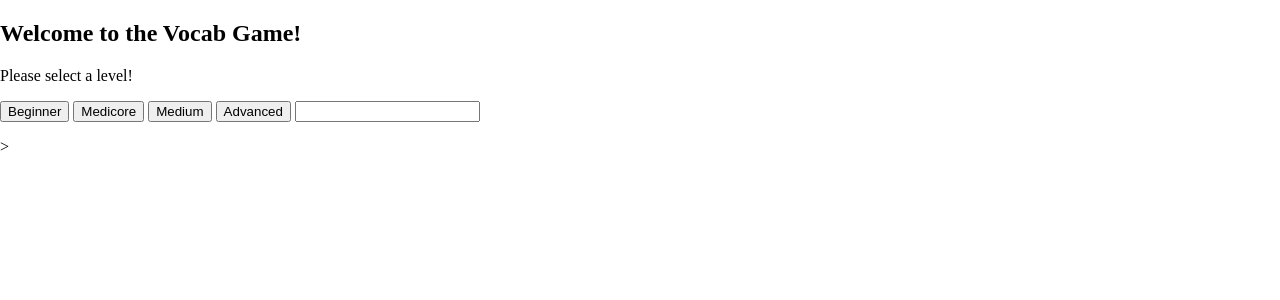
Repository: chimeconfused999/Vocab-Game
Page: index.html
An editor plug-in stored every save of this project. The page is shown before and after the next save, followed by the edit.
The browser window is 1280 px wide. The pictures show the whole page.

Above is the page before, as saved 2022-07-09 18:16:38.
Console error: SyntaxError: Cannot use import statement outside a module

### index.html
<!DOCTYPE html>
<html>
<body>
  <meta name="viewport" content="width=device-width, initial-scale=1">


<title>
    Vocab Game
</title>

<!--
<style>
  /* Center the loader */
  #loader {
    position: absolute;
    left: 50%;
    top: 50%;
    z-index: 1;
    width: 120px;
    height: 120px;
    margin: -76px 0 0 -76px;
    border: 16px solid #f3f3f3;
    border-radius: 50%;
    border-top: 16px solid #3498db;
    -webkit-animation: spin 2s linear infinite;
    animation: spin 2s linear infinite;
  }

  @-webkit-keyframes spin {
    0% { -webkit-transform: rotate(0deg); }
    100% { -webkit-transform: rotate(360deg); }
  }

  @keyframes spin {
    0% { transform: rotate(0deg); }
    100% { transform: rotate(360deg); }
  }

  /* Add animation to "page content" */
  .animate-bottom {
    position: relative;
    -webkit-animation-name: animatebottom;
    -webkit-animation-duration: 1s;
    animation-name: animatebottom;
    animation-duration: 1s
  }

  @-webkit-keyframes animatebottom {
    from { bottom:-100px; opacity:0 }
    to { bottom:0px; opacity:1 }
  }

  @keyframes animatebottom {
    from{ bottom:-100px; opacity:0 }
    to{ bottom:0; opacity:1 }
  }

  #myDiv {
    display: none;
    text-align: center;
  }
  </style>
-->

  </head>
  <body onload="myFunction()" style="margin:0;">

  <div id="loader"></div>

  <div style="display:none;" id="myDiv" class="animate-bottom">
    <h2>Welcome to the Vocab Game!</h2>
    <p>Please select a level!</p>
  </div>
  <div id ="buttons">
    <button>Beginner</button>
    <button>Medicore</button>
    <button>Medium</button>
    <button>Advanced</button>
    <input id="output" type="text">
  </div>

  <p></p>


  <script>
  var myVar;

  function myFunction() {
    myVar = setTimeout(showPage, 3000);
  }

  function showPage() {
    document.getElementById("loader").style.display = "none";
    document.getElementById("myDiv").style.display = "block";
  }
  document.querySelector('#buttons')
  .addEventListener('click', event => {
    let target = event.target;
    if (target.matches('button')) {
      let value = target.innerHTML

      document.querySelector('#output').value += value
    }
  });

  </script>


</body>
</html>



<script src="index.js" ></script>
<script type="module">

  </script>
<style src="index.css"></style>>

### index.js
function loadAdmin() {
    document.getElementById("header1").style.visibility="hidden";
}
var myVar;

function myFunction() {
  myVar = setTimeout(showPage, 3000);
}

function showPage() {
  document.getElementById("loader").style.display = "none";
  document.getElementById("myDiv").style.display = "block";
}

    // Import the functions you need from the SDKs you need
    import { initializeApp } from "https://www.gstatic.com/firebasejs/9.8.4/firebase-app.js";
    import { getAnalytics } from "https://www.gstatic.com/firebasejs/9.8.4/firebase-analytics.js";
    // TODO: Add SDKs for Firebase products that you want to use
    // https://firebase.google.com/docs/web/setup#available-libraries

    // Your web app's Firebase configuration
    // For Firebase JS SDK v7.20.0 and later, measurementId is optional
    const firebaseConfig = {
      apiKey: "AIzaSyAb46T6Htsp0_VkTugv9a8DA2vzTQZ7ogk",
      authDomain: "vocabulary-game-589f7.firebaseapp.com",
      projectId: "vocabulary-game-589f7",
      storageBucket: "vocabulary-game-589f7.appspot.com",
      messagingSenderId: "569712911298",
      appId: "1:569712911298:web:a2909d5050b47448a5ac5b",
      measurementId: "G-1L23PJLGEE"
    };

    // Initialize Firebase
    const app = initializeApp(firebaseConfig);
    const analytics = getAnalytics(app);

  document.querySelector('#buttons')
  .addEventListener('click', event => {
    let target = event.target;
    if (target.matches('button')) {
      let value = target.innerHTML

      document.querySelector('#output').value += value
    }
  });

After the next save:
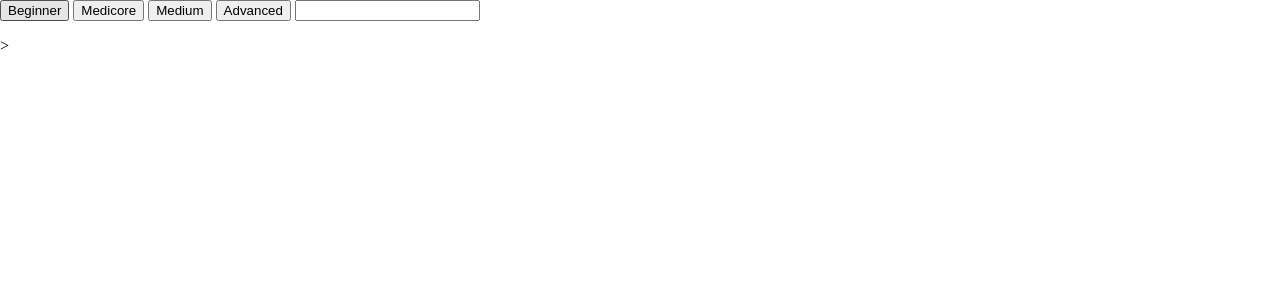
Console error: SyntaxError: Unexpected token '}'
Saved 105 s later.
--- a/index.html
+++ b/index.html
@@ -73,9 +73,9 @@
   </div>
   <div id ="buttons">
     <button>Beginner</button>
-    <button>Medicore</button>
-    <button>Medium</button>
-    <button>Advanced</button>
+    <button id="Medicore">Medicore</button>
+    <button id ="Medium">Medium</button>
+    <button id="Advanced">Advanced</button>
     <input id="output" type="text">
   </div>
 
@@ -100,6 +100,7 @@
       let value = target.innerHTML
 
       document.querySelector('#output').value += value
+      document.
     }
   });
 

After the 3 saves that followed:
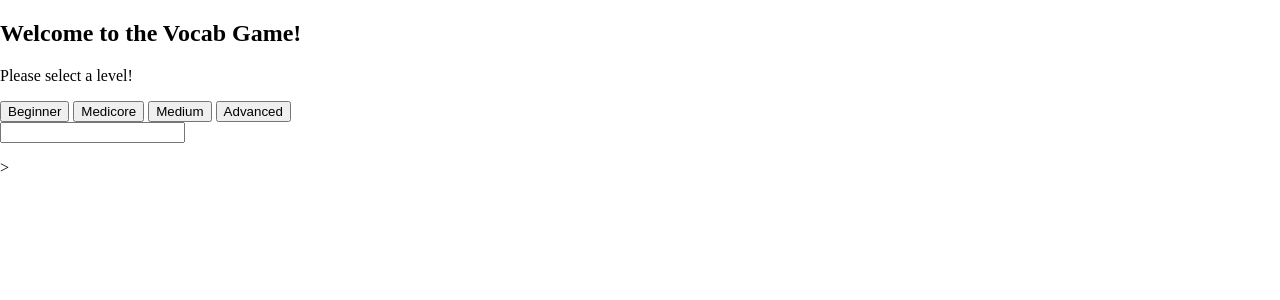
Console error: SyntaxError: Cannot use import statement outside a module
The 3 saves are shown as one change because 1 left the picture as it was and some came seconds apart.
The last was saved 3 min 29 s later.
--- a/index.html
+++ b/index.html
@@ -72,12 +72,12 @@
     <p>Please select a level!</p>
   </div>
   <div id ="buttons">
-    <button>Beginner</button>
+    <button id="Beginner">Beginner</button>
     <button id="Medicore">Medicore</button>
-    <button id ="Medium">Medium</button>
+    <button id="Medium">Medium</button>
     <button id="Advanced">Advanced</button>
-    <input id="output" type="text">
   </div>
+  <input id="output" type="text">
 
   <p></p>
 
@@ -100,7 +100,7 @@
       let value = target.innerHTML
 
       document.querySelector('#output').value += value
-      document.
+      document.get
     }
   });
 
